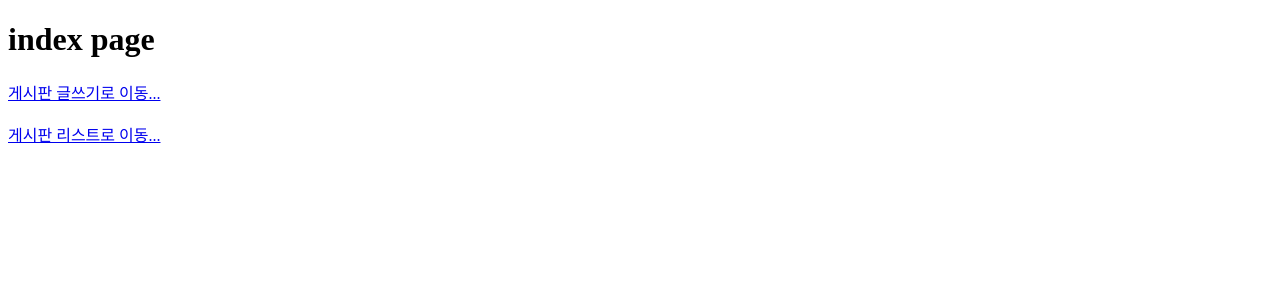
Repository: dfhdfhdfsza/_jsp_workspace3
Page: http://localhost/jsp_project/
These files come from the project's save history. The page is drawn as it stood at one moment and after the next save; the edit follows.
The browser window is 1280 px wide. The pictures show the whole page.
The page is served by Tomcat 9.

Above is the page before, as saved 2023-09-13 08:29:09.

After the next save:
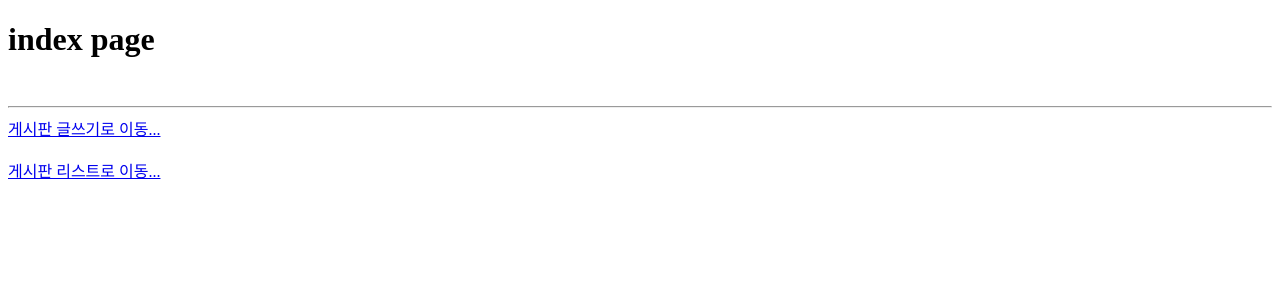
Saved 47 s later.
--- a/jsp_project/src/main/webapp/index.jsp
+++ b/jsp_project/src/main/webapp/index.jsp
@@ -9,6 +9,16 @@
 </head>
 <body>
 	<h1>index page</h1>
+	<form action="#" method="post">
+
+
+
+	</form>
+	<br> <hr>
+
+
+
+
 	<a href="/brd/register">게시판 글쓰기로 이동...</a><br><br>
 	<a href="/brd/list">게시판 리스트로 이동...</a><br>
 </body>
